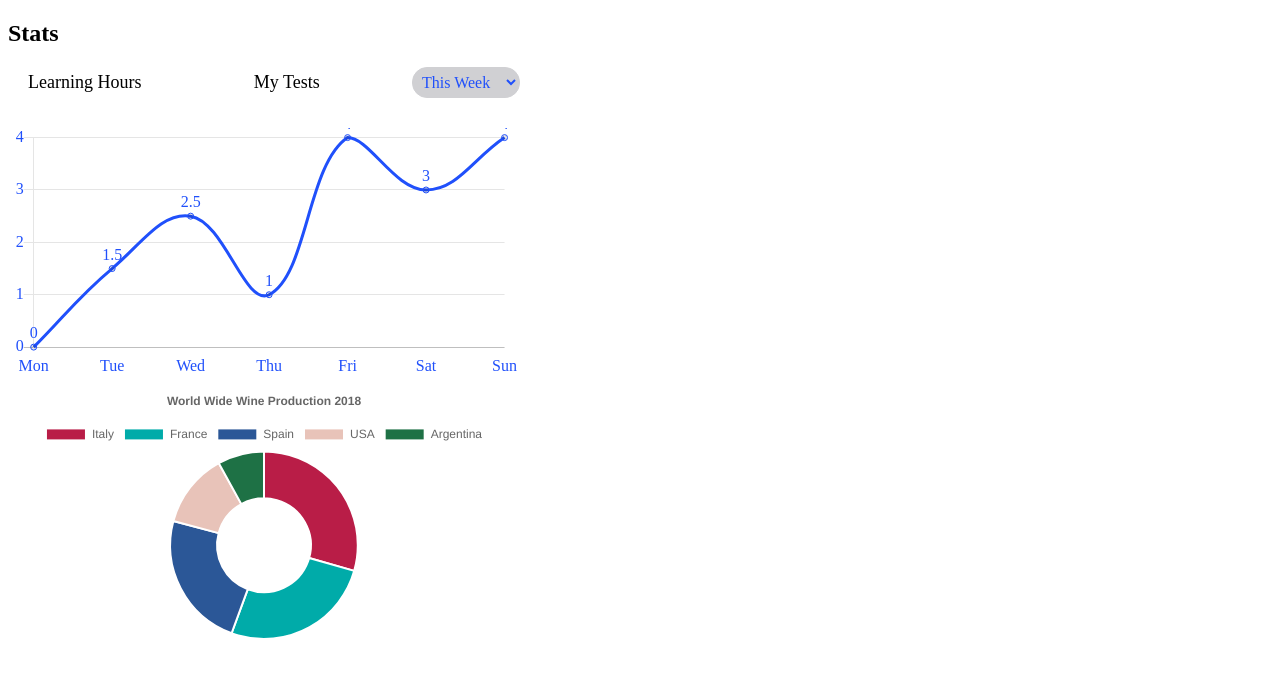
Repository: rafalzacher1/smartify-interface
Page: graphs/learning_graph.html
An editor plug-in stored every save of this project. The page is shown before and after the next save, followed by the edit.
The browser window is 1280 px wide. The pictures show the whole page.
Some web fonts or font styles are not loaded; a fallback is used. Some web libraries are served in a nearby version.

Above is the page before, as saved 2022-06-30 01:02:48.

### graphs/learning_graph.html
<!DOCTYPE html>
<html lang="en">

<head>
    <script src="https://cdnjs.cloudflare.com/ajax/libs/Chart.js/2.4.0/Chart.min.js"></script>
    <link rel="stylesheet" href="./styles/learning_hours.css">
    <link href='https://fonts.googleapis.com/css?family=Baloo Bhai' rel='stylesheet'>
</head>

<body>
    <div class="stats-container">
        <div class="stats-options-container">
            <h2>Stats</h2>

            <div id="stats-options">
                <button class="stat-option" onclick="showLearningHoursGraph()">Learning Hours</button>
                <button class="stat-option" onclick="showTestsGraph()">My Tests</button>

                <select id="graphs">
                    <option value="">This Week</option>
                    <option value="">This Month</option>
                </select>
            </div>
        </div>

        <canvas id="learning-hours"></canvas>
        <canvas id="tests"></canvas>
    </div>

    <script src="./scripts/learningHours.js"></script>
    <script src="./scripts/tests.js"></script>
</body>

<script>
    function showLearningHoursGraph() {
        document.getElementById("learning-hours").style.display="block";
        document.getElementById("tests").style.display="none";
    }

    function showTestsGraph() {
        document.getElementById("learning-hours").style.display="none";
        document.getElementById("tests").style.display="block";
    }
</script>

</html>

### graphs/styles/learning_hours.css
.stats-container {
  position: relative;
  width: 40vw;
}

.stats-options-container {
    margin-bottom: 30px;
}

#stats-options {
  display: flex;
  justify-content: space-between;
  font-family: "Baloo Bhai";
  font-size: 16px;
}

.stat-option,
input[type="submit"],
input[type="reset"] {
  background: none;
  color: inherit;
  border: none;
  padding: 0;
  font: inherit;
  cursor: pointer;
  outline: inherit;
  width: 30%;
  font-family: "Baloo Bhai";
  font-size: 18px;
}

#graphs select {
  font-family: "Baloo Bhai";
  font-size: 26px;
  border: 1px solid #D0D0D3;
}
#graphs {
  font-family: "Baloo Bhai";
  font-size: 16px;
  color: #2050FB;
  padding: 5px;
  border: 1px solid #D0D0D3;
  border-radius: 15px;
  overflow: hidden;
  background: #D0D0D3;
}

### graphs/scripts/learningHours.js
// Data define for bar chart
var learningData = {
    labels: ["Mon", "Tue", "Wed", "Thu", "Fri", "Sat", "Sun"],
    datasets: [{
        fill: false,
        borderColor: "#2050FB",
        data: [0, 1.5, 2.5, 1, 4, 3, 4]
    }]
};
// Options to display value on top of bars
var learningOption = {
    legend: { display: false },
    scales: {
        xAxes: [{
            ticks: {
                fontColor: "#2050FB",
                fontSize: 16,
                fontFamily: "Baloo Bhai",
                stepSize: 1,
                beginAtZero: true
            },
            gridLines: {
                display: false
            }
        }],
        yAxes: [{
            ticks: {
                fontColor: "#2050FB",
                fontSize: 16,
                fontFamily: "Baloo Bhai",
                stepSize: 1,
                beginAtZero: true
            }
        }]
    },
    tooltips: {
        enabled: true
    },
    hover: {
        animationDuration: 1
    },
    animation: {
        duration: 1,
        onComplete: function () {
            var chartInstance = this.chart,
                ctx = chartInstance.ctx;
            ctx.textAlign = 'center';
            ctx.fillStyle = "#2050FB";
            ctx.textBaseline = 'bottom';
            this.data.datasets.forEach(function (dataset, i) {
                var meta = chartInstance.controller.getDatasetMeta(i);
                meta.data.forEach(function (bar, index) {
                    var data = dataset.data[index];
                    ctx.fillText(data, bar._model.x, bar._model.y - 5);
                    // console.log(dataset.data[index]);
                    // dataset.data[index] = dataset.data[index]+"H";
                    // console.log(dataset.data[index]);
                });
            });
        }
    }
};
//Code to drow Chart
var ctx = document.getElementById('learning-hours').getContext('2d');
var LearningHoursChar = new Chart(ctx, {
    type: 'line',    	// Define chart type
    data: learningData,    	// Chart data
    options: learningOption 	// Chart Options [This is optional paramenter use to add some extra things in the chart].
});

### graphs/scripts/tests.js
var xValues = ["Italy", "France", "Spain", "USA", "Argentina"];
var yValues = [55, 49, 44, 24, 15];
var barColors = ["#b91d47", "#00aba9", "#2b5797", "#e8c3b9", "#1e7145"];

new Chart("tests", {
  type: "doughnut",
  data: {
    labels: xValues,
    datasets: [
      {
        backgroundColor: barColors,
        data: yValues,
      },
    ],
  },
  options: {
    title: {
      display: true,
      text: "World Wide Wine Production 2018",
    },
  },
});

var testsData = {
    labels: ["Italy", "France", "Spain", "USA", "Argentina"],
    datasets: [
      {
        backgroundColor: ["#b91d47", "#00aba9", "#2b5797", "#e8c3b9", "#1e7145"],
        data: ["Italy", "France", "Spain", "USA", "Argentina"],
      },
    ],
};

var testsOption = {
    options: {
        title: {
          display: true,
          text: "World Wide Wine Production 2018",
        },
      },
}

var ctx = document.getElementById('tests').getContext('2d');
var LearningHoursChar = new Chart(ctx, {
    type: 'doughnut',    	// Define chart type
    data: learningData,    	// Chart data
    options: learningOption 	// Chart Options [This is optional paramenter use to add some extra things in the chart].
});

After the next save:
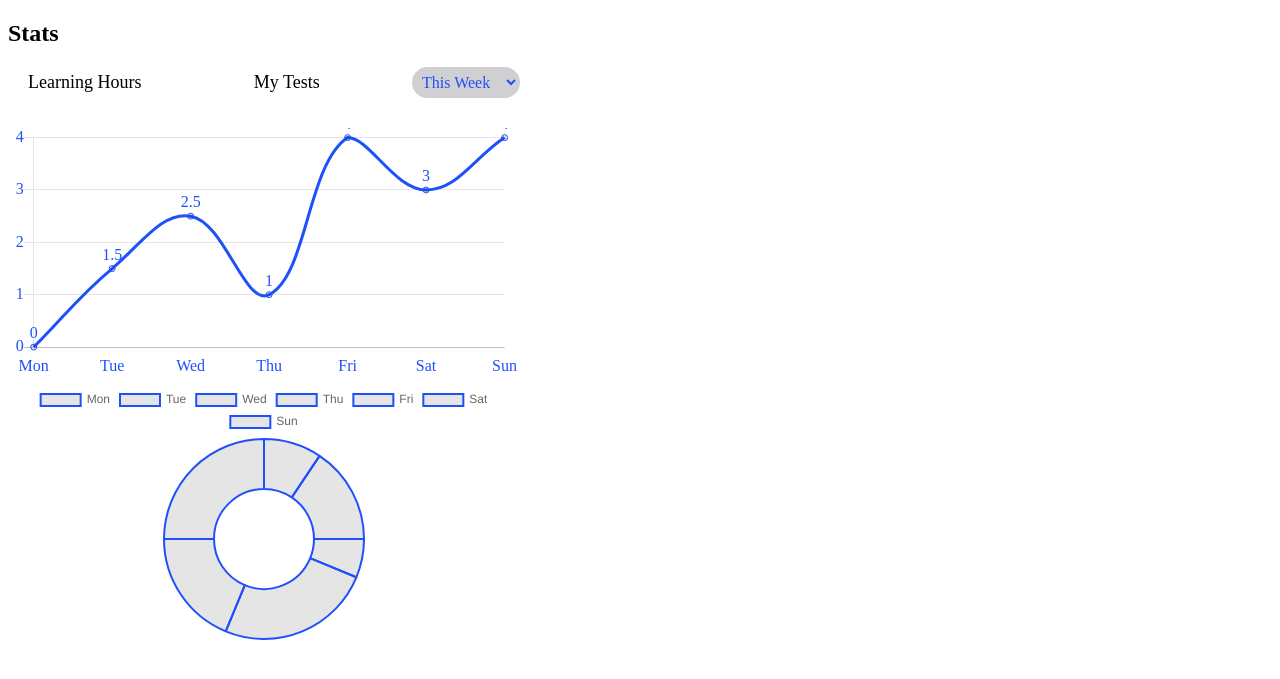
Saved 4 s later.
--- a/graphs/scripts/tests.js
+++ b/graphs/scripts/tests.js
@@ -44,5 +44,5 @@ var ctx = document.getElementById('tests').getContext('2d');
 var LearningHoursChar = new Chart(ctx, {
     type: 'doughnut',    	// Define chart type
     data: learningData,    	// Chart data
-    options: learningOption 	// Chart Options [This is optional paramenter use to add some extra things in the chart].
+    options: testsOption 	// Chart Options [This is optional paramenter use to add some extra things in the chart].
 });
